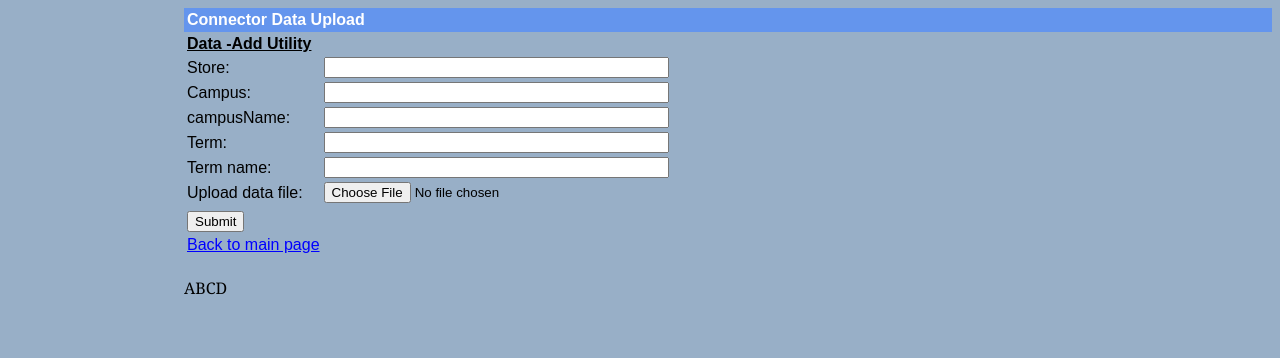
Repository: caditya/Dataupload
Page: http://localhost/connectordata/WEB-INF/views/datainput.jsp
These files come from the project's save history. The page is drawn as it stood at one moment and after the next save; the edit follows.
The browser window is 1280 px wide. The pictures show the whole page.
Some web libraries are served in a nearby version. The page is served by Tomcat 9. Nobody is signed in. Other server files are loaded and not shown. The template is opened directly, without the code that normally fills it, so the values that code supplies are empty.

Above is the page before, as saved 2014-07-21 19:30:04.

### QAFileUpload/connectordata/src/main/webapp/WEB-INF/views/datainput.jsp
<%@ page language="java" contentType="text/html; charset=ISO-8859-1"
	pageEncoding="ISO-8859-1"%>
<html>
<head>

<%@taglib prefix="c" uri="http://java.sun.com/jsp/jstl/core"%>
<link href="<c:url value="/resources/css/coffee.css" />"
	rel="stylesheet">

<script src="//code.jquery.com/jquery-1.10.2.js"></script>
<script>
	$(document).ready(function() {
		$(function() {
		    $(document).keypress(function(event) {
		        var ch = String.fromCharCode(event.keyCode || event.charCode);
		        switch (ch) {
		            case 'c': case 'C':
		            	uploadFile();
		                break;
		        }
		    });
		});



		$("#submit-button").click(function() {
			$("#newaccountform").attr("action", "/it/createnewaccount");
			$("#newaccountform").attr("method", "post");
			$("#newaccountform").submit();
		});
		$("#startfile").click(function() {
			createstart();
		});



	});
</script>

<script>
function createstart(){
	alert('createstart');
	$.getJSON("/connector/startfile", { store: $('#store').val() }, function(startfile) {
		if (startfile.error== 'false') {
        	$("#placeholder_startfile").html(startfile);

        } else if (availability.error=='true'){
        	$("#placeholder_startfile").html("Cannot create file with this data");
        }
    });
}



	!function(d, s, id) {
		var js, fjs = d.getElementsByTagName(s)[0], p = /^http:/
				.test(d.location) ? 'http' : 'https';
		if (!d.getElementById(id)) {
			js = d.createElement(s);
			js.id = id;
			js.src = p + '://platform.twitter.com/widgets.js';
			fjs.parentNode.insertBefore(js, fjs);
		}
	}(document, 'script', 'twitter-wjs');
</script>
<title>Follett Apps</title>
<style>
.error {
	color: #ff0000;
}

</style>
</head>
<body>

	<%@ include file="shared/CoffeeHeader.jsp"%>
	<c:if test="${'Account Created' eq account_status}">
		<c:out value="Account Created1"></c:out>
	</c:if>

	<form:form method="POST" commandName="dataBlock" action="/connector/startfile" enctype="multipart/form-data">
		<form:errors path="*" cssClass="errorblock" element="div" />
	 <table>
		<tr>
				<td><b><u>Data -Add Utility</u></b></td>

			</tr>
			<tr>
				<td>Store:</td>
				<td> <form:input path="store"  size="40"/></td>
				<td><form:errors path="store" cssClass="error" /></td>
			</tr>
			<tr>
				<td>Campus:</td>
				<td><form:input path="campus"  size="40"/></td>
				<td><form:errors path="campus" cssClass="error"  /></td>
			</tr>

			<tr>
				<td>campusName:</td>
				<td><form:input path="campusName" size="40"/></td>
				<td><form:errors path="campusName" cssClass="error" /></td>
			</tr>
			<tr>
				<td>Term:</td>
				<td><form:input path="term" size="40"/></td>
				<td><form:errors path="term" cssClass="error" /></td>
			</tr>
			<tr>
				<td>Term name:</td>
				<td><form:input path="termName" size="40"/></td>
				<td><form:errors path="termName" cssClass="error" /></td>
			</tr>
			<tr>
				<td>Upload data file:</td>

				<td>
				<input type="file" name="dataFile"/>
				</td>

			</tr>
			<tr>
			<td><input type='button' id='startfile' name='startfile'
				value='Generate Start File' hidden="true" /></td>
			</tr>
			<tr>
				<td colspan="3"><input type="submit" /></td>
			</tr>
			<tr>
		<td><a href="/connector/" class='font'>Back to main page</a></td>
		</tr>
		<tr>
			<td><p  class='font' id="placeholder_startfile"></p></td>
		</tr>

		</table>
	</form:form>

	<div style="border: 1px">
	ABCD
	</div>

</body>
</html>

### QAFileUpload/connectordata/src/main/webapp/WEB-INF/views/shared/CoffeeHeader.jsp
<%@ page language="java" contentType="text/html; charset=ISO-8859-1"
	pageEncoding="ISO-8859-1"%>
<%@ taglib prefix="c" uri="http://java.sun.com/jsp/jstl/core"%>
<%@ taglib prefix="fmt" uri="http://java.sun.com/jsp/jstl/fmt"%>
<%@ taglib prefix="form" uri="http://www.springframework.org/tags/form"%>
<%@ taglib prefix="sec"
	uri="http://www.springframework.org/security/tags"%>

<html>
<head>
<link rel="stylesheet" href="/coffee.css">
<link href="<c:url value="/resources/css/coffee.css" />"
	rel="stylesheet">
<title>Connector Header</title>
</head>
<body>
	<table class='table_header' >

		<tr>
			<td class="center" style="width: 80%;">
				<p class='pHeading'><b>Connector Data Upload</b></p>
			</td>
			<td class="center"  align="right"  "width: 15%">
			<sec:authorize access="authenticated">
					<p class='pHeading'>
						<sec:authentication property="name" />
			</td>
			<td class="center" style="width: 15%">
				<c:url var="logouturl" value="/j_spring_security_logout" />
				<a href="${logouturl}"> Log out</a>

			</td>
			</sec:authorize>
		</tr>
	</table>
</body>
</html>

### QAFileUpload/connectordata/src/main/webapp/resources/css/coffee.css
@CHARSET "UTF-8";
body {
  padding-left: 11em;
  font-family: Georgia, "Times New Roman",
        Times, serif;
  color: black;
  background-color: #98AFC7 }
ul.navbar {
  list-style-type: none;
  padding: 0;
  margin: 0;
  position: absolute;
  top: 2em;
  left: 1em;
  width: 9em }
h1 {
  font-family: Helvetica, Geneva, Arial,
        SunSans-Regular, sans-serif }
ul.navbar li {
  background: white;
  margin: 0.5em 0;
  padding: 0.3em;
  border-right: 1em solid black }
ul.navbar a {
  text-decoration: none }
a:link {
  color: blue }
a:visited {
  color: black }
address {
  margin-top: 1em;
  padding-top: 1em;
  border-top: thin dotted }

p.pHeading {
 	color: white;
 	background:#6495ED;
 }
 td.center {
    /* <http://www.w3.org/wiki/CSS/Properties/text-align>
     * left, right, center, justify, inherit
     */
    text-align: left;
    /* <http://www.w3.org/wiki/CSS/Properties/vertical-align>
     * baseline, sub, super, top, text-top, middle,
     * bottom, text-bottom, length, or a value in percentage
     */
    vertical-align: text-top;
    font: caption;
}
.font{
	font: caption;
}
.errorblock {
	font: caption;
	color: black;
	background-color: ;
	border: 3px solid #ff0000;
	padding: 8px;
	margin: 0px;
}
.table_header{
	width: 100%;
	background-color: #6495ED;
}
td {
	font: caption;
}
a {
	font: caption;
}

td.u{
	text-decoration:underline bold;
}
.modal {
    display:    none;
    position:   fixed;
    z-index:    1000;
    top:        0;
    left:       0;
    height:     100%;
    width:      100%;
    background: rgba( 255, 255, 255, .8 )
                url('http://i.stack.imgur.com/FhHRx.gif')
                50% 50%
                no-repeat;
}

/* When the body has the loading class, we turn
   the scrollbar off with overflow:hidden */
body.loading {
    overflow: hidden;
}

/* Anytime the body has the loading class, our
   modal element will be visible */
body.loading .modal {
    display: block;
}
.disabled {
   backgroundColor:black;
   color: darkgrey;
   background-color: grey;
   backgroundColor:black;
}

/* root element for tabs  */
ul.css-tabs {
    margin:0 !important;
    padding:0;
    height:30px;
    border-bottom:1px solid #666;
}

/* single tab */
ul.css-tabs li {
    float:left;
    padding:0;
    margin:0;
    list-style-type:none;
}

/* link inside the tab. uses a background image */
ul.css-tabs a {
    float:left;
    font-size:13px;
    display:block;
    padding:5px 30px;
    text-decoration:none;
    border:1px solid #666;
    border-bottom:0px;
    height:18px;
    background-color:#efefef;
    color:#777;
    margin-right:2px;
    position:relative;
    top:1px;
    outline:0;
    -moz-border-radius:4px 4px 0 0;
}

ul.css-tabs a:hover {
    background-color:#F7F7F7;
    color:#333;
}

/* selected tab */
ul.css-tabs a.current {
    background-color:#ddd;
    border-bottom:1px solid #ddd;
    color:#000;
    cursor:default;
}


/* tab pane */
.css-panes div {
    display:none;
    border:1px solid #666;
    border-width:0 1px 1px 1px;
    min-height:150px;
    padding:15px 20px;
    background-color:#ddd;
}

After the next save:
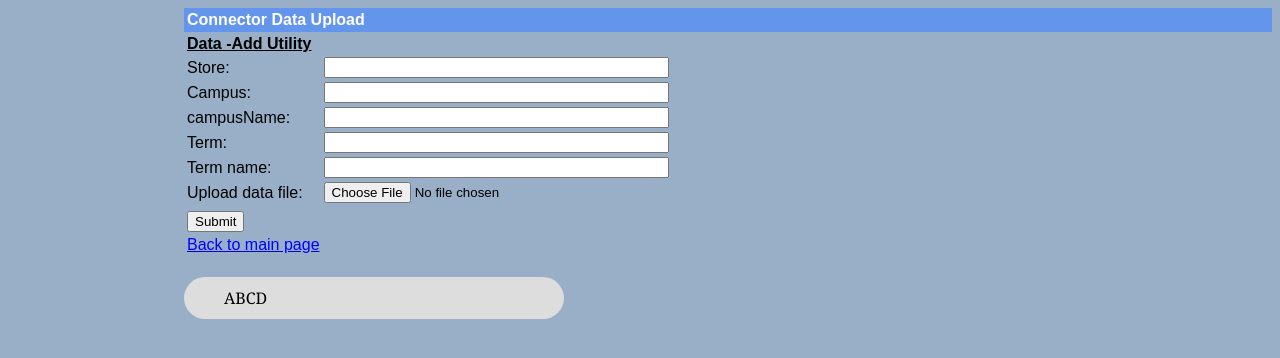
Saved 11 min 3 s later.
--- a/QAFileUpload/connectordata/src/main/webapp/resources/css/coffee.css
+++ b/QAFileUpload/connectordata/src/main/webapp/resources/css/coffee.css
@@ -105,61 +105,11 @@ body.loading .modal {
    backgroundColor:black;
 }
 
-/* root element for tabs  */
-ul.css-tabs {
-    margin:0 !important;
-    padding:0;
-    height:30px;
-    border-bottom:1px solid #666;
+
+div {
+    border: 2px solid #a1a1a1;
+    padding: 10px 40px;
+    background: #dddddd;
+    width: 300px;
+    border-radius: 25px;
 }
-
-/* single tab */
-ul.css-tabs li {
-    float:left;
-    padding:0;
-    margin:0;
-    list-style-type:none;
-}
-
-/* link inside the tab. uses a background image */
-ul.css-tabs a {
-    float:left;
-    font-size:13px;
-    display:block;
-    padding:5px 30px;
-    text-decoration:none;
-    border:1px solid #666;
-    border-bottom:0px;
-    height:18px;
-    background-color:#efefef;
-    color:#777;
-    margin-right:2px;
-    position:relative;
-    top:1px;
-    outline:0;
-    -moz-border-radius:4px 4px 0 0;
-}
-
-ul.css-tabs a:hover {
-    background-color:#F7F7F7;
-    color:#333;
-}
-
-/* selected tab */
-ul.css-tabs a.current {
-    background-color:#ddd;
-    border-bottom:1px solid #ddd;
-    color:#000;
-    cursor:default;
-}
-
-
-/* tab pane */
-.css-panes div {
-    display:none;
-    border:1px solid #666;
-    border-width:0 1px 1px 1px;
-    min-height:150px;
-    padding:15px 20px;
-    background-color:#ddd;
-}
